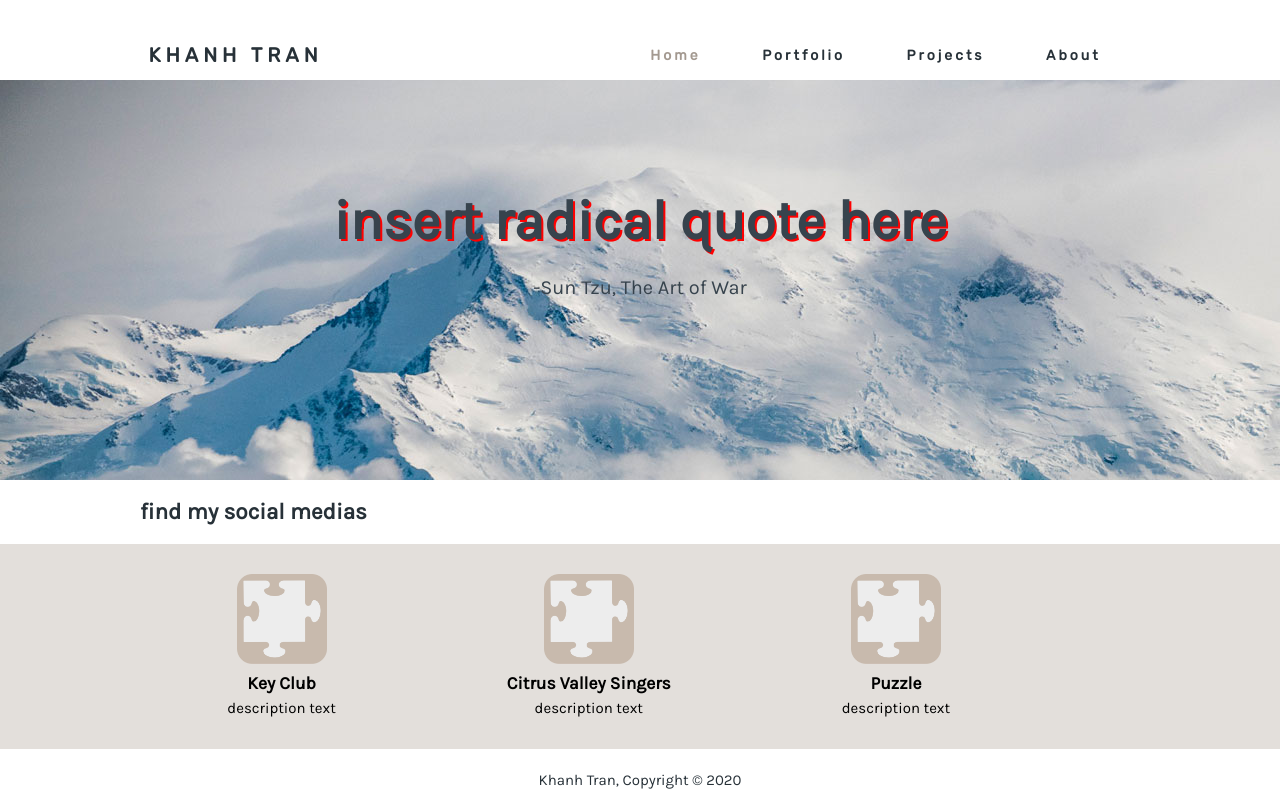
Repository: KTPo/KTPo.github.io
Page: index.html
The author's editor kept a record of every edit. The page is drawn from the files as they stood at one moment, then again after the next edit.
The browser window is 1280 px wide. The pictures show the whole page.

Above is the page before.

### index.html
<!DOCTYPE html>
<html>
    <head>
        <title>Welcome | Khanh's Webpage</title>
        <link rel='icon' href='./previewImages/puzzle.png' type='image/x-icon'/ >
        <link href="https://fonts.googleapis.com/css2?family=Rubik&display=swap" rel="stylesheet">
        <link href="https://fonts.googleapis.com/css2?family=Karla&display=swap" rel="stylesheet">
        <link rel="stylesheet" type="text/css" href="style.css">

        <meta name = "viewport" content = "width=device-width">
        <meta name="description" content="Personal Website">
        <meta name="keywords" content="khanhtran, khanhtranCV">
        <meta name="author" content="Khanh Tran">




    </head>
    <body>
        <header>
            <nav>
                <div class = "logo">
                    <h4><a href = "index.html">Khanh Tran</a></h4>
                </div>
                <ul class = "nav-links">
                    <li class = "active"><a href = "index.html">Home</a></li>
                    <li><a href = "portfolio.html">Portfolio</a></li>
                    <li><a href = "projects.html">Projects</a></li>
                    <li><a href = "about.html">About</a></li>
                </ul>
                <div class = "burger">
                    <div class = "line1"></div>
                    <div class = "line2"></div>
                    <div class = "line3"></div>
                </div>

            </nav>

        </header>
        <script src = "app.js" type='text/javascript'></script>

        <section id = "showcase">
            <div class = "container">
                <h1>insert radical quote here</h1>
                <p>-Sun Tzu, The Art of War</p>
            </div>
        </section>

        <section id = "newsletter">
            <div class = "container">
                <h1>find my social medias</h1>
                <form>
                    <!--<input type = "email" placeholder = "Enter Email">
                    <button type = "submit" class = "button_1">Subscribe</button>-->
                </form>
            </div>
        </section>

        <section id = "boxes">
            <div class = "container">
                <div class = "box">
                    <img src = "./previewImages/puzzle.png">
                    <h3>Key Club</h3>
                    <p>description text</p>
                </div>
                <div class = "box">
                    <img src = "./previewImages/puzzle.png">
                    <h3>Citrus Valley Singers</h3>
                    <p>description text</p>
                </div>
                <div class = "box">
                    <img src = "./previewImages/puzzle.png">
                    <h3>Puzzle</h3>
                    <p>description text</p>
                </div>
            </div>
        </section>

        <footer>
            <p>Khanh Tran, Copyright &copy; 2020</p>
        </footer>


    </body>
</html>



<!--- add sticky bar for music???? --->

### style.css
*{
    margin:0px;
    padding:0px;
    box-sizing:border-box;
}
/* nav bar */
body{
    background-color:#e3dfdb;
    font:15px/1.5 'Karla',sans-serif;
}
nav{
    display:flex;
    justify-content:space-around;
    align-items:center;
    min-height:8vh;
    font-family: 'Rubik', sans-serif;
    background-color:#ffffff;/*#e3dfdb*/

    padding-top:40px;
    padding-bottom:10px;


}

.logo{
    text-transform: uppercase;
    letter-spacing:5px;
    font-size:20px;
}

.logo a{
   color:#273138;
   text-decoration:none;
}

.nav-links{
    display:flex;
    justify-content:space-around;
    width:40%;
}

.nav-links li{
    list-style:none;
}

.nav-links .active a{
    color:#a39990;
    font-weight:bold;
}
.nav-links a{
    color:#273138;
    text-decoration:none;
    letter-spacing:3px;
    font-weight:bold;
    font-size:14px;
}
.nav-links .active a:hover{
    color:#c7b9ad;
    text-decoration:underline;
}
.nav-links a:hover{
    color:#555c61;
    text-decoration:underline;
}

a #active{
    color:white;
}

.burger{
    display:none;
    cursor:pointer;
}

.burger div{
    width:30px;
    height: 3px;
    background-color:#273138;
    margin:5px;
    transition:all 0.3s ease;
}

@media screen and (max-width:1024px){
    .nav-links{
        display:flex;
        justify-content:space-around;
        width:60%;
    }
}

@media screen and (max-width:768px){
    body{
        overflow-x:hidden;
    }
    .nav-links{
        position: absolute;
        right:0px;
        height:92vh;
        top:8vh;
        background-color:#ffffff;
        align-items:center;
        display:flex;
        flex-direction:column;
        width:50%;
        transform:translateX(100%);
        transition: 0.5s ease-in;

        padding-top:35px;
        /*padding-left:5px;
        padding-right:5px;*/


    }
    .nav-links li{
        opacity:0;
    }
    .burger{
        display:block;
    }
}

.nav-active{
    transform:translateX(0%);
}

@keyframes navLinkFade{
    from{
        opacity:0;
        transform:translateX(50px);
    }
    to{
        opacity:1;
        transform:translateX(0px);
    }
}

.toggle .line1{
    transform:rotate(-45deg) translate(-5px,6px);
}
.toggle .line2{
    opacity:0;
}
.toggle .line3{
    transform:rotate(45deg) translate(-5px,-6px);
}

/* end nav bar*/

/*Global*/
.container{
    width:80%;
    margin:auto;
    overflow:hidden;
}

.button_1{
    height:38px;
    background:#e3dfdb;
    border:none;
    padding-left:20px;
    padding-right:20px;
    color:#273138;
}

.dark{
    padding:15px;
    background:#ffffff;
    color:#273138;
    margin-top:10px;
    margin-bottom:10px;
}
/* Showcase */

#showcase{
    min-height:400px;
    background:url('./previewImages/alaska.png') no-repeat ;
    text-align:center;
    color:#37434d;

}

#showcase h1{
    margin-top:100px;
    font-size:55px;
    margin-bottom:10px;
    text-shadow: 2px 2px #FF0000;
}

#showcase p{
    font-size:20px;
}

#newsletter{
    padding:15px;
    color:#273138;
    background:#ffffff;
}

#newsletter h1{
    float:left;
}

#newsletter form{
    float:right;
    margin-top:15px;
}

#newsletter input[type="email"]{
    padding:4px;
    height:25px;
    width:250px;
}

#boxes{
    margin-top:20px;
}

#boxes .box{
    float:left;
    width:30%;
    padding:10px;
    text-align:center;

}

#boxes .box img{
    width:90px;
}

footer{
    padding:20px;
    margin-top:20px;
    color:#273138;
    background-color:#ffffff;
    text-align:center;
}


/*main column*/
article #main-col{
    float:right;
    width:65%;
    padding:20px;
}

/*side bar*/

aside #sidebar{
    float:left;
    width:30%;
    margin-top:10px;
}

ul #services li{
   list-style:none;
   /*text-decoration:none;*/
   padding:20px;
   /*border:#e3dfdb;
   margin-bottom:5px;
   background:#f0ece9;*/
}

### app.js
const navSlide = () => {
    const burger = document.querySelector(`.burger`);
    const nav = document.querySelector(`.nav-links`);
    const navLinks = document.querySelectorAll(`.nav-links li`);

    burger.addEventListener(`click`,()=>{
        nav.classList.toggle(`nav-active`);

        navLinks.forEach((link,index)=>{
            if(link.style.animation){
                link.style.animation = ''
            } else{
                link.style.animation = `navLinkFade 0.5s ease forwards ${index/7 + 0.3}s`;
            }
        });
        //Burger Animation
        burger.classList.toggle('toggle');
    });
}

navSlide();

After the next edit:
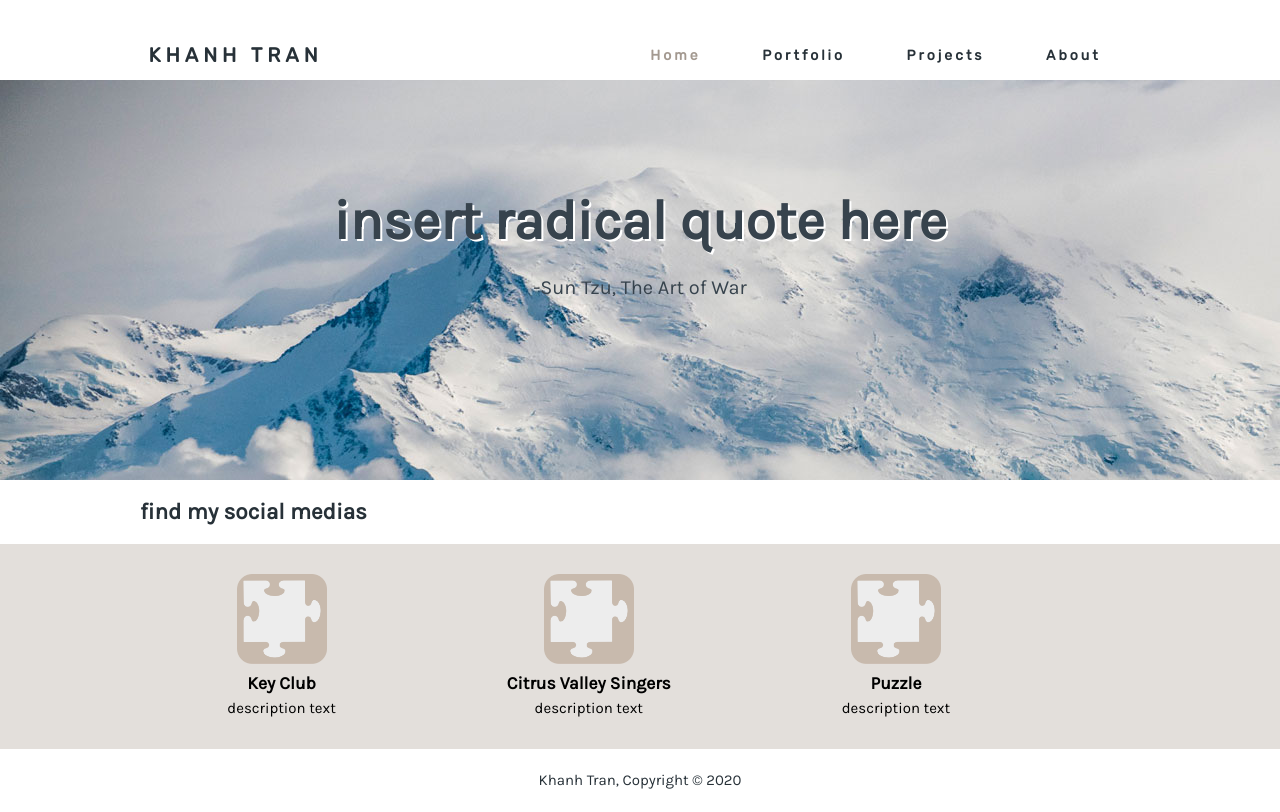
The edit:
--- a/style.css
+++ b/style.css
@@ -183,7 +183,7 @@
     margin-top:100px;
     font-size:55px;
     margin-bottom:10px;
-    text-shadow: 2px 2px #FF0000;
+    text-shadow: 2px 2px #ffffff;
 }
 
 #showcase p{
